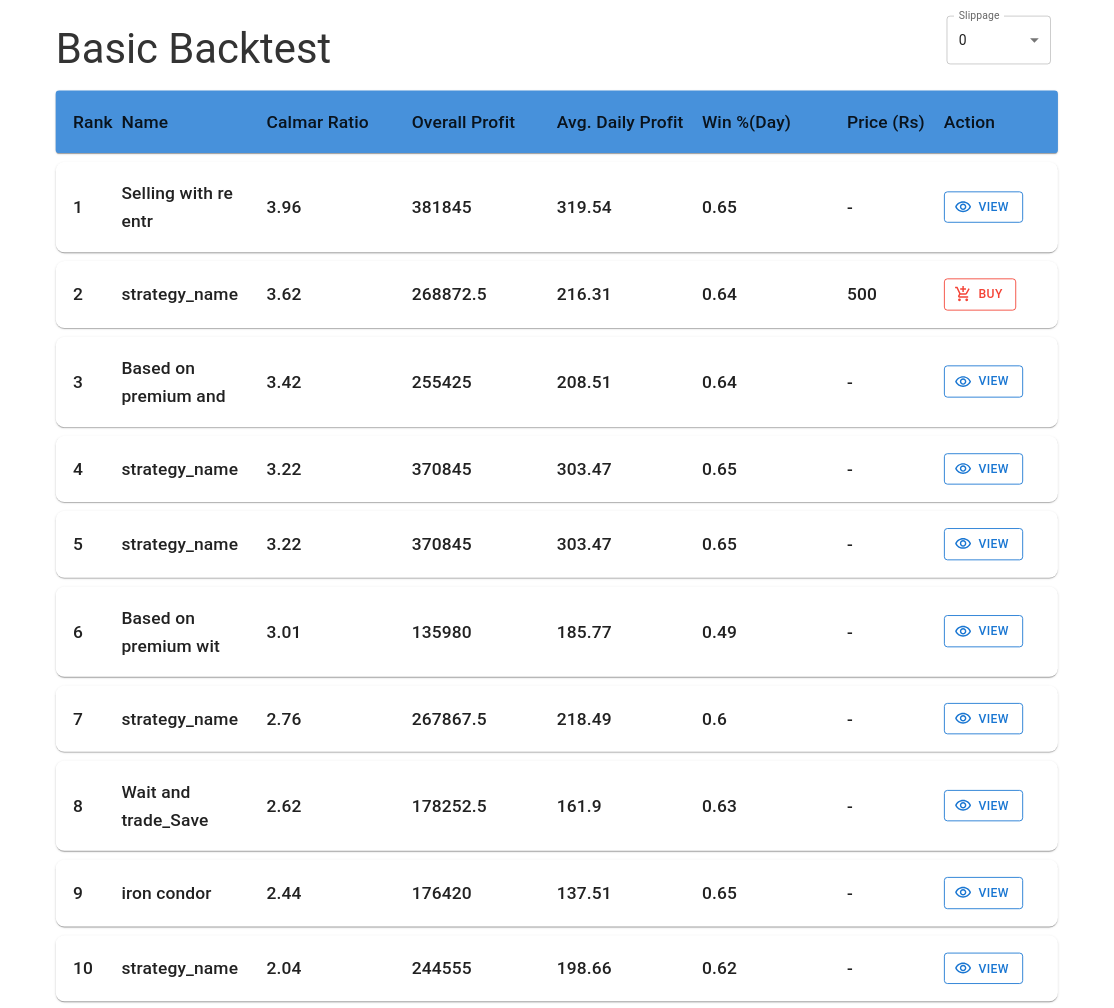
Repository: PraTEEkgUpTa2/Leaderboard
Page: /
The author's editor kept a copy of each file at every save. The page is drawn from the files as they stood at one save, then again after the next save.
The browser window is 1280 px wide. The pictures show the whole page, at 87% of full size.
The project was rebuilt for these pictures with package versions that can differ from the ones it lists, and the page was loaded fresh each time. Also part of the build but not shown: src/App.css.

Above is the page before, as saved 2024-05-28 14:17:14.

### src/index.js
import React from 'react';
import ReactDOM from 'react-dom';
import { ThemeProvider } from '@mui/material/styles';
import App from './App';
import theme from './theme'; // Import the theme object

const root = ReactDOM.createRoot(document.getElementById('root'));
root.render(

  <ThemeProvider theme={theme}>
  <App />
</ThemeProvider>

);

// If you want to start measuring performance in your app, pass a function
// to log results (for example: reportWebVitals(console.log))
// or send to an analytics endpoint. Learn more: https://bit.ly/CRA-vitals

### src/App.js
import React from 'react';
import './App.css';
import Leaderboard from './Leaderboard';

function App() {
  return (
    <div className="App">
      <Leaderboard />
    </div>
  );
}

export default App;

### src/theme.js
// theme.js

import { createTheme } from '@mui/material/styles';

const theme = createTheme({
  palette: {
    primary: {
      main: '#1976d2', // Background color for the table header
      dark: '#135fa8', // Hover color for primary buttons
    },
    error: {
      main: '#f44336', // Background color for "Buy" button
      dark: '#d32f2f', // Hover color for "Buy" button
    },
    common: {
      white: '#fff', // Text color for table header and buttons
    },
  },
});

export default theme;

### src/Leaderboard.js
import React, { useState } from 'react';
import data from './data.json';
import { Container, Box, Typography, FormControl, InputLabel, Select, MenuItem, Paper, Button } from '@mui/material';
import { VisibilityOutlined, AddShoppingCartOutlined } from '@mui/icons-material';
import { styled } from '@mui/system';
import { Line } from 'react-chartjs-2';
import 'chart.js/auto';

const TabContainer = styled(Box)(({ theme }) => ({
  display: 'flex',
  flexDirection: 'column',
  gap: '10px',
  marginTop: '20px',
}));

const TabHeader = styled(Paper)(({ theme }) => ({
  display: 'flex',
  justifyContent: 'space-between',
  alignItems: 'center',
  padding: '20px',
  backgroundColor: theme.palette.primary.light,
}));

const Tab = styled(Paper)(({ theme }) => ({
  display: 'flex',
  justifyContent: 'space-between',
  alignItems: 'center',
  padding: '20px',
  borderRadius: '10px',
  boxShadow: theme.shadows[1],
  transition: 'transform 0.3s, box-shadow 0.3s',
  '&:hover': {
    transform: 'translateY(-5px)',
    boxShadow: theme.shadows[4],
    zIndex: 1,
    position: 'relative',
  },
}));

const ViewButton = styled(Button)(({ theme }) => ({
  borderColor: theme.palette.primary.main,
  color: theme.palette.primary.main,
  backgroundColor: 'transparent',
  '&:hover': {
    borderColor: theme.palette.primary.dark,
    color: theme.palette.primary.dark,
    backgroundColor: 'transparent',
  },
  '& .MuiButton-startIcon': {
    marginRight: theme.spacing(1),
  },
}));

const BuyButton = styled(Button)(({ theme }) => ({
  borderColor: theme.palette.error.main,
  color: theme.palette.error.main,
  backgroundColor: 'transparent',
  '&:hover': {
    borderColor: theme.palette.error.dark,
    color: theme.palette.error.dark,
    backgroundColor: 'transparent',
  },
  '& .MuiButton-startIcon': {
    marginRight: theme.spacing(1),
  },
}));

const ChartCard = styled(Box)(({ theme }) => ({
  marginTop: '20px',
  padding: '20px',
  boxShadow: theme.shadows[3],
}));

const Leaderboard = () => {
  const [selectedRow, setSelectedRow] = useState(null);

  const handleRowClick = (row) => {
    setSelectedRow(row);
  };

  return (
    <Container>
      <Box display="flex" justifyContent="space-between" alignItems="center">
        <Typography variant="h3" style={{ color: '#333', marginTop: '20px' }}>
          Basic Backtest
        </Typography>
        <FormControl sx={{ m: 1, minWidth: 120 }}>
          <InputLabel id="slippage-label">Slippage</InputLabel>
          <Select
            labelId="slippage-label"
            id="slippage-select"
            defaultValue={0}
            label="Slippage"
          >
            <MenuItem value={0}>0</MenuItem>
            <MenuItem value={0.5}>0.5</MenuItem>
            <MenuItem value={1}>1</MenuItem>
          </Select>
        </FormControl>
      </Box>
      <TabContainer>
        <TabHeader>
          <Box flexBasis="5%">
            <Typography variant="h6">Rank</Typography>
          </Box>
          <Box flexBasis="15%">
            <Typography variant="h6">Name</Typography>
          </Box>
          <Box flexBasis="15%">
            <Typography variant="h6">Calmar Ratio</Typography>
          </Box>
          <Box flexBasis="15%">
            <Typography variant="h6">Overall Profit</Typography>
          </Box>
          <Box flexBasis="15%">
            <Typography variant="h6">Avg. Daily Profit</Typography>
          </Box>
          <Box flexBasis="15%">
            <Typography variant="h6">Win %(Day)</Typography>
          </Box>
          <Box flexBasis="10%">
            <Typography variant="h6">Price (Rs)</Typography>
          </Box>
          <Box flexBasis="10%">
            <Typography variant="h6">Action</Typography>
          </Box>
        </TabHeader>
        {data.map((row) => (
          <Tab key={row.Rank} onClick={() => handleRowClick(row)}>
            <Box flexBasis="5%">
              <Typography variant="h6">{row.Rank}</Typography>
            </Box>
            <Box flexBasis="15%">
              <Typography variant="h6">{row.Name}</Typography>
            </Box>
            <Box flexBasis="15%">
              <Typography variant="h6">{row["Calmar Ratio"]}</Typography>
            </Box>
            <Box flexBasis="15%">
              <Typography variant="h6">{row["Overall Profit"]}</Typography>
            </Box>
            <Box flexBasis="15%">
              <Typography variant="h6">{row["Avg. Daily Profit"]}</Typography>
            </Box>
            <Box flexBasis="15%">
              <Typography variant="h6">{row["Win %(Day)"]}</Typography>
            </Box>
            <Box flexBasis="10%">
              <Typography variant="h6">{row["Price (Rs)"] ? row["Price (Rs)"] : '-'}</Typography>
            </Box>
            <Box flexBasis="10%">
              {row.Action === 'View' ? (
                <ViewButton startIcon={<VisibilityOutlined />} variant="outlined">
                  View
                </ViewButton>
              ) : (
                <BuyButton startIcon={<AddShoppingCartOutlined />} variant="outlined">
                  Buy
                </BuyButton>
              )}
            </Box>
          </Tab>
        ))}
      </TabContainer>
      {selectedRow && (
        <ChartCard>
          <Typography variant="h6">{selectedRow.Name}</Typography>
          <Line
            data={{
              labels: ['Calmar Ratio', 'Overall Profit', 'Avg. Daily Profit', 'Win % (Day)', 'Price (Rs)'],
              datasets: [
                {
                  label: selectedRow.Name,
                  data: [
                    selectedRow['Calmar Ratio'],
                    selectedRow['Overall Profit'],
                    selectedRow['Avg. Daily Profit'],
                    selectedRow['Win %(Day)'],
                    selectedRow['Price (Rs)'],
                  ],
                  backgroundColor: '#36A2EB',
                  borderColor: '#36A2EB',
                  borderWidth: 1,
                  fill: false,
                },
              ],
            }}
            options={{
              responsive: true,
              maintainAspectRatio: false,
              scales: {
                y: {
                  beginAtZero: true,
                },
              },
            }}
            height={400}
            width={600}
          />
        </ChartCard>
      )}
    </Container>
  );
};

export default Leaderboard;

### src/data.json
[
    {
        "Rank": 1,
        "Name": "Selling with re entr",
        "Calmar Ratio": 3.96,
        "Overall Profit": 381845,
        "Avg. Daily Profit": 319.54,
        "Win %(Day)": 0.65,
        "Price (Rs)": null,
        "Action": "View"
    },
    {
        "Rank": 2,
        "Name": "strategy_name",
        "Calmar Ratio": 3.62,
        "Overall Profit": 268872.5,
        "Avg. Daily Profit": 216.31,
        "Win %(Day)": 0.64,
        "Price (Rs)": 500,
        "Action": "Buy"
    },
    {
        "Rank": 3,
        "Name": "Based on premium and",
        "Calmar Ratio": 3.42,
        "Overall Profit": 255425,
        "Avg. Daily Profit": 208.51,
        "Win %(Day)": 0.64,
        "Price (Rs)": null,
        "Action": "View"
    },
    {
        "Rank": 4,
        "Name": "strategy_name",
        "Calmar Ratio": 3.22,
        "Overall Profit": 370845,
        "Avg. Daily Profit": 303.47,
        "Win %(Day)": 0.65,
        "Price (Rs)": null,
        "Action": "View"
    },
    {
        "Rank": 5,
        "Name": "strategy_name",
        "Calmar Ratio": 3.22,
        "Overall Profit": 370845,
        "Avg. Daily Profit": 303.47,
        "Win %(Day)": 0.65,
        "Price (Rs)": null,
        "Action": "View"
    },
    {
        "Rank": 6,
        "Name": "Based on premium wit",
        "Calmar Ratio": 3.01,
        "Overall Profit": 135980,
        "Avg. Daily Profit": 185.77,
        "Win %(Day)": 0.49,
        "Price (Rs)": null,
        "Action": "View"
    },
    {
        "Rank": 7,
        "Name": "strategy_name",
        "Calmar Ratio": 2.76,
        "Overall Profit": 267867.5,
        "Avg. Daily Profit": 218.49,
        "Win %(Day)": 0.6,
        "Price (Rs)": null,
        "Action": "View"
    },
    {
        "Rank": 8,
        "Name": "Wait and trade_Save",
        "Calmar Ratio": 2.62,
        "Overall Profit": 178252.5,
        "Avg. Daily Profit": 161.9,
        "Win %(Day)": 0.63,
        "Price (Rs)": null,
        "Action": "View"
    },
    {
        "Rank": 9,
        "Name": "iron condor",
        "Calmar Ratio": 2.44,
        "Overall Profit": 176420,
        "Avg. Daily Profit": 137.51,
        "Win %(Day)": 0.65,
        "Price (Rs)": null,
        "Action": "View"
    },
    {
        "Rank": 10,
        "Name": "strategy_name",
        "Calmar Ratio": 2.04,
        "Overall Profit": 244555,
        "Avg. Daily Profit": 198.66,
        "Win %(Day)": 0.62,
        "Price (Rs)": null,
        "Action": "View"
    }
]

Loaded but not shown: public/index.html (common file)

After the next save:
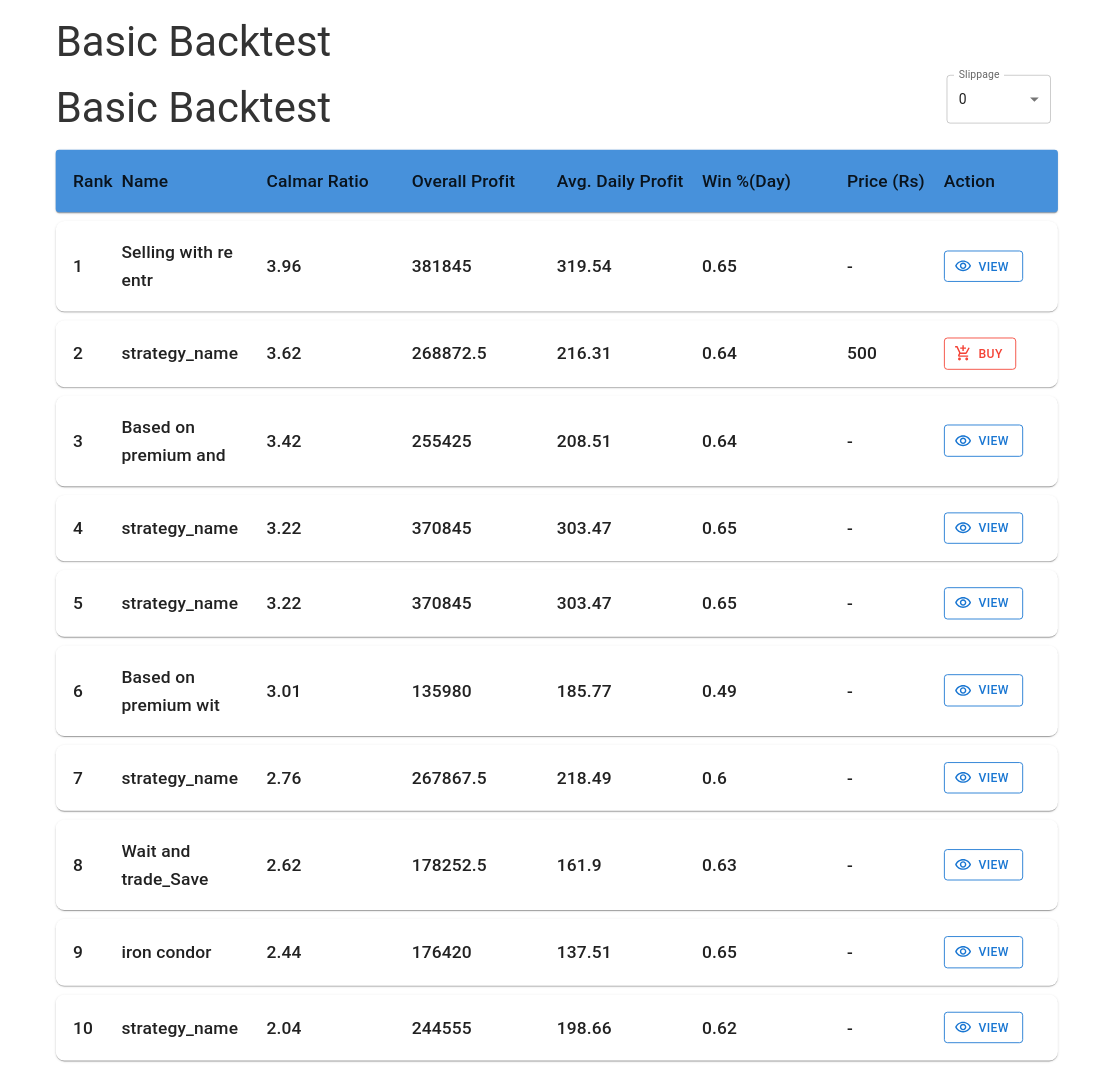
Saved 55 s later.
--- a/src/Leaderboard.js
+++ b/src/Leaderboard.js
@@ -80,6 +80,9 @@ const Leaderboard = () => {
 
   return (
     <Container>
+    <Typography variant="h3" style={{ color: '#333', marginTop: '20px' }}>
+          Basic Backtest
+        </Typography>
       <Box display="flex" justifyContent="space-between" alignItems="center">
         <Typography variant="h3" style={{ color: '#333', marginTop: '20px' }}>
           Basic Backtest
